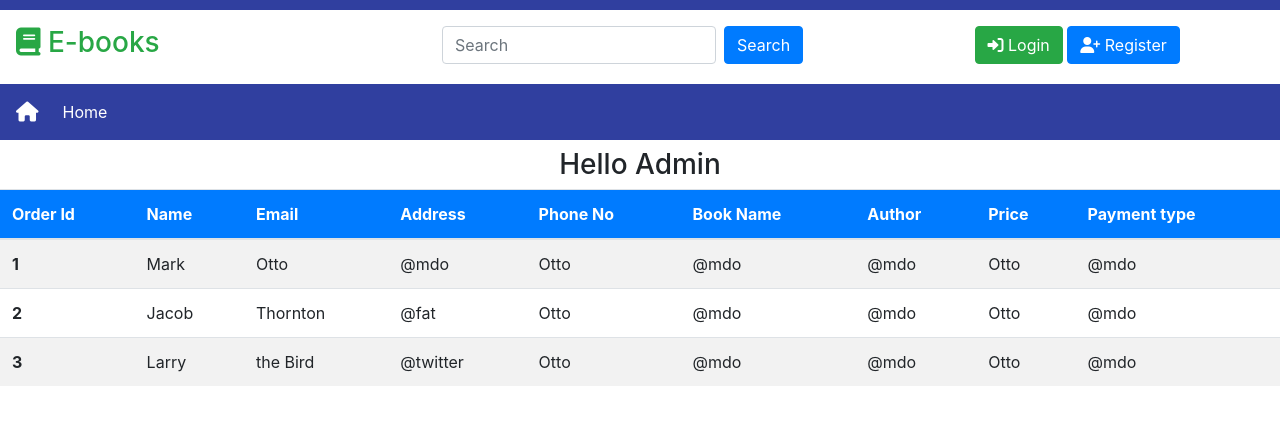
Repository: rakib1904107/Online-Bookshop_JavaProject
Page: http://localhost/Ebook-App/admin/orders.jsp
An editor plug-in stored every save of this project. The page is shown before and after the next save, followed by the edit.
The browser window is 1280 px wide. The pictures show the whole page.
Some web libraries are served in a nearby version. The page is served by Tomcat 10. Queries for data that is not in the repository find no rows.

Above is the page before, as saved 2023-01-29 03:45:48.

After the next save:
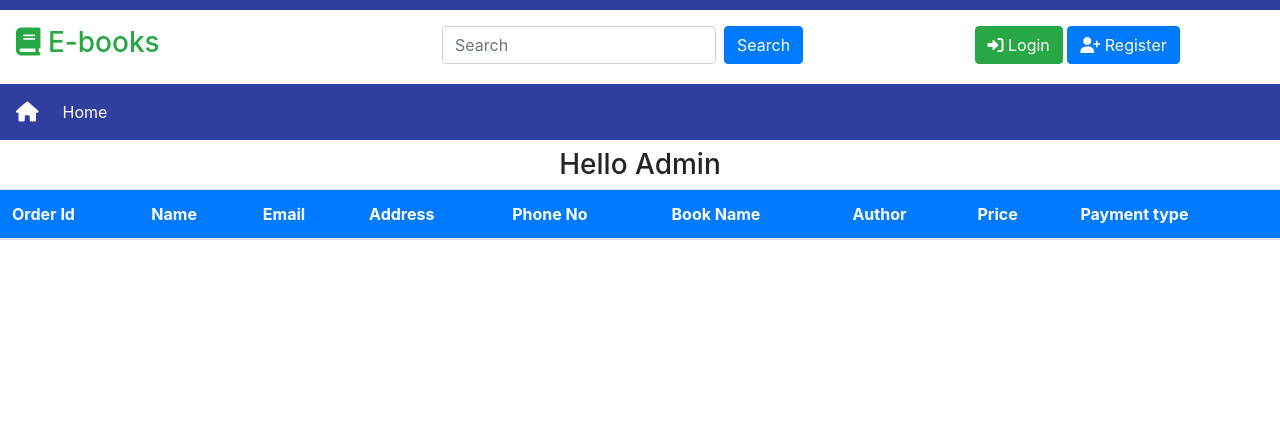
Saved 21 min 10 s later.
--- a/Ebook-App/src/main/webapp/admin/orders.jsp
+++ b/Ebook-App/src/main/webapp/admin/orders.jsp
@@ -1,3 +1,7 @@
+<%@page import="com.entity.Book_Order"%>
+<%@page import="com.DB.DBConnect"%>
+<%@page import="com.DAO.BookOrderImpl"%>
+<%@page import="java.util.List"%>
 <%@ page language="java" contentType="text/html; charset=UTF-8"
 	pageEncoding="UTF-8"%>
 <!DOCTYPE html>
@@ -26,39 +30,30 @@
 			</tr>
 		</thead>
 		<tbody>
+
+		<%
+		BookOrderImpl dao=new BookOrderImpl(DBConnect.getConn());
+		List<Book_Order> blist=dao.getAllOrder();
+		for(Book_Order b:blist)
+		{%>
 			<tr>
-				<th scope="row">1</th>
-				<td>Mark</td>
-				<td>Otto</td>
-				<td>@mdo</td>
-				<td>Otto</td>
-				<td>@mdo</td>
-				<td>@mdo</td>
-				<td>Otto</td>
-				<td>@mdo</td>
+				<th scope="row"><%=b.getOrderId()%></th>
+				<td><%=b.getUserName()%></td>
+				<td><%=b.getEmail()%></td>
+				<td><%=b.getFulladd()%></td>
+				<td><%=b.getPhno()%></td>
+				<td><%=b.getBookName()%></td>
+				<td><%=b.getAuthor()%></td>
+				<td><%=b.getPrice()%></td>
+				<td><%=b.getPaymentType()%></td>
 			</tr>
-			<tr>
-				<th scope="row">2</th>
-				<td>Jacob</td>
-				<td>Thornton</td>
-				<td>@fat</td>
-				<td>Otto</td>
-				<td>@mdo</td>
-				<td>@mdo</td>
-				<td>Otto</td>
-				<td>@mdo</td>
-			</tr>
-			<tr>
-				<th scope="row">3</th>
-				<td>Larry</td>
-				<td>the Bird</td>
-				<td>@twitter</td>
-				<td>Otto</td>
-				<td>@mdo</td>
-				<td>@mdo</td>
-				<td>Otto</td>
-				<td>@mdo</td>
-			</tr>
+
+		<%}
+
+		%>
+
+
+
 		</tbody>
 	</table>
 </body>
